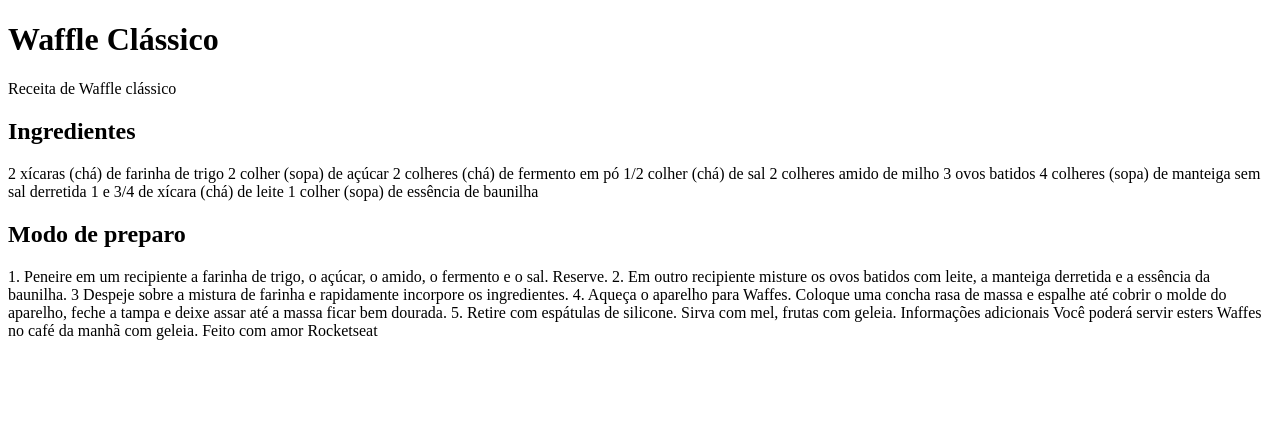
Repository: mferoc/MentoriaMais1CodeG7
Page: desafios-rocketseat-discover/Pagina_de_Receita/Página de Receita/index.html
The author's editor kept a copy of each file at every save. The page is drawn from the files as they stood at one save, then again after a run of saves.
The browser window is 1280 px wide. The pictures show the whole page.

Above is the page before, as saved 2022-06-29 20:17:32.

### desafios-rocketseat-discover/Pagina_de_Receita/Página de Receita/index.html
<!DOCTYPE html>
<html lang="pt-br">
<head>
    <meta charset="UTF-8">
    <meta http-equiv="X-UA-Compatible" content="IE=edge">
    <meta name="viewport" content="width=device-width, initial-scale=1.0">
    <title>Página de Receita</title>
</head>
<body>

<h1>Waffle Clássico</h1>

Receita de Waffle clássico

<h2>Ingredientes</h2>

2 xícaras (chá) de farinha de trigo
2 colher (sopa) de açúcar
2 colheres (chá) de fermento em pó
1/2 colher (chá) de sal
2 colheres amido de milho
3 ovos batidos
4 colheres (sopa) de manteiga sem sal derretida
1 e 3/4 de xícara (chá) de leite
1 colher (sopa) de essência de baunilha

<h2>Modo de preparo</h2>

1. Peneire em um recipiente a farinha de trigo, o açúcar, o amido, o fermento e o sal. Reserve.
2. Em outro recipiente misture os ovos batidos com leite, a manteiga derretida e a essência da baunilha.
3 Despeje sobre a mistura de farinha e rapidamente incorpore os ingredientes.
4. Aqueça o aparelho para Waffes. Coloque uma concha rasa de massa e espalhe até cobrir o molde do aparelho, feche a tampa e deixe assar até a massa ficar bem dourada.
5. Retire com espátulas de silicone. Sirva com mel, frutas com geleia.

Informações adicionais

Você poderá servir esters Waffes no café da manhã com geleia.

Feito com amor Rocketseat


</body>
</html>

After the next 6 saves:
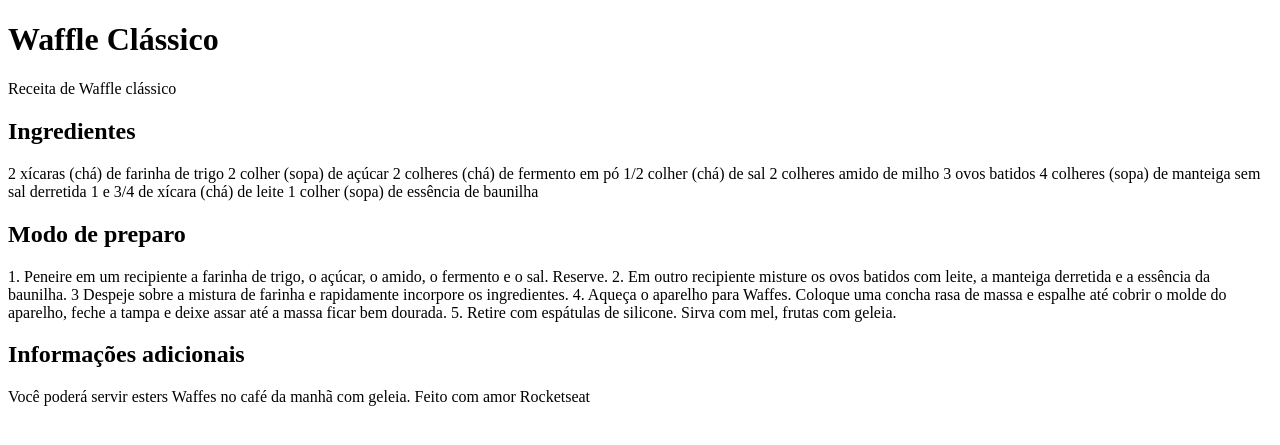
The 6 saves are shown as one change because they came seconds apart.
The last was saved 19 s later.
--- a/desafios-rocketseat-discover/Pagina_de_Receita/Página de Receita/index.html
+++ b/desafios-rocketseat-discover/Pagina_de_Receita/Página de Receita/index.html
@@ -32,7 +32,7 @@
 4. Aqueça o aparelho para Waffes. Coloque uma concha rasa de massa e espalhe até cobrir o molde do aparelho, feche a tampa e deixe assar até a massa ficar bem dourada.
 5. Retire com espátulas de silicone. Sirva com mel, frutas com geleia.
 
-Informações adicionais
+<h2>Informações adicionais</h2>
 
 Você poderá servir esters Waffes no café da manhã com geleia.
 
